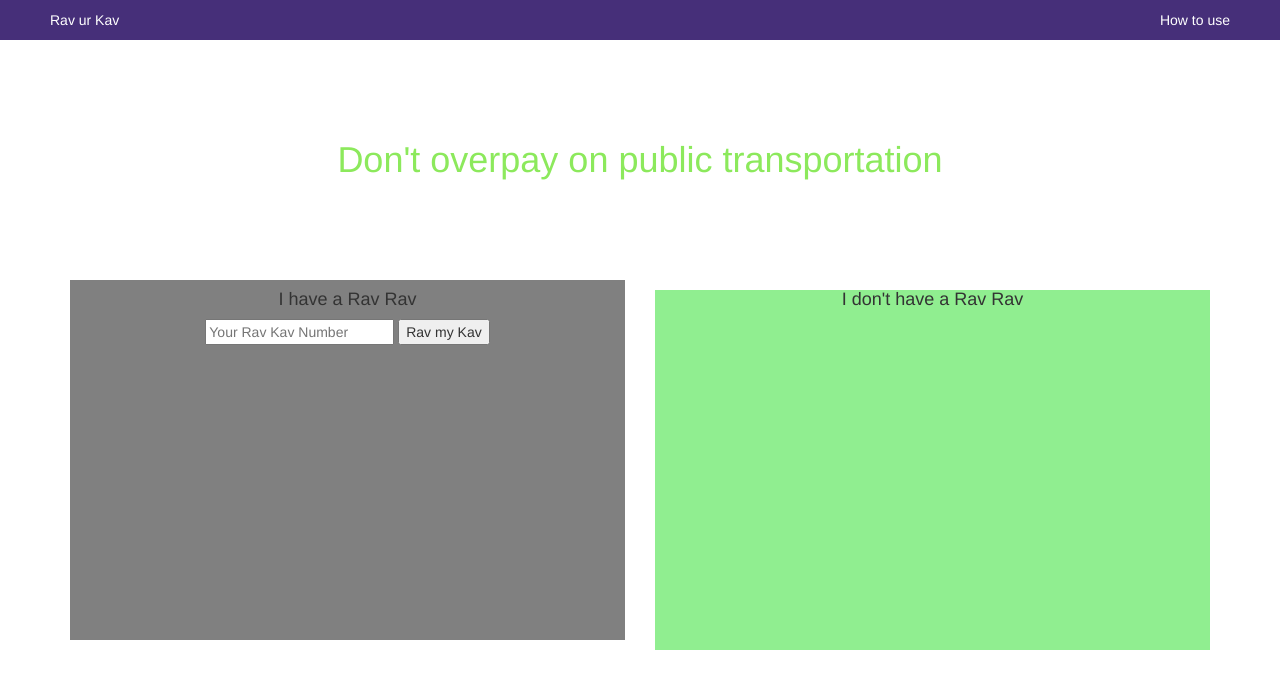
Repository: Louhla/Rav-ur-Kav
Page: index.html
The author's editor kept a copy of each file at every save. The page is drawn from the files as they stood at one save, then again after the next save.
The browser window is 1280 px wide. The pictures show the whole page.

Above is the page before, as saved 2019-07-17 14:29:06.

### index.html
<!DOCTYPE html>
<html lang="en">

<head>
    <meta charset="utf-8">
    <meta name="viewport" content="width=device-width, initial-scale=1">
    <!-- Bootstrap CSS -->
    <link rel="stylesheet" href="https://maxcdn.bootstrapcdn.com/bootstrap/3.3.7/css/bootstrap.min.css">
    <script src="https://ajax.googleapis.com/ajax/libs/jquery/3.3.1/jquery.min.js"></script>
    <link rel="stylesheet" type="text/css" href="./css/rav-ur-kav.css">
    <title>Rav ur kav - Public Transport Calculator</title>
    <meta name="description" content="Get the best rate for your Rav Kav according to your commute">
</head>

<body>
    <heading>
        <div class="logo">Rav ur Kav
        </div>
        <div class="how-to">How to use
        </div>
    </heading>

    <div class="container">
        <div class="row">
            <div class="col-md-12">
                <h1>Don't overpay on public transportation</h1>
            </div>
        </div>
        <div class="row">
            <div class="col-md-6">
                <div class="existing-user">
                    <h4>I have a Rav Rav</h4>
                    <form>
                        <input id="rav-kav-number" type=text placeholder="Your Rav Kav Number"></input>
                        <button>Rav my Kav</button>
                    </form>
                </div>
            </div>
            <div class="col-md-6">
                <div class="new-user">
                    <h4>I don't have a Rav Rav</h4>
                </div>
            </div>
        </div>
    </div>
    <script type="text/javascript" src="./js/rav-ur-kav.js"></script>
</body>

</html>

### css/rav-ur-kav.css
body{
    margin: 0px;
}
heading{
    display: flex;
    justify-content: space-between;
    width: 100%;
    align-items: center;
    box-shadow: 5px;
    background-color: #462F79;
    color: white;
}
.logo{
    margin: 10px 0px 10px 50px;
}
.how-to{
    margin: 10px 50px 10px 0px;
}
.existing-user{
    background-color: grey;
    display: flex;
    flex-direction: column;
    text-align: center;
    height: 50vh;
}
.new-user{
    background-color: lightgreen;
    text-align: center;
    height: 50vh;
}
h1{
    text-align: center;
    margin: 100px;
    color: #8CE95C;
}

Loaded but not shown: js/rav-ur-kav.js (no copy from this time; the picture is the same without it)

After the next save:
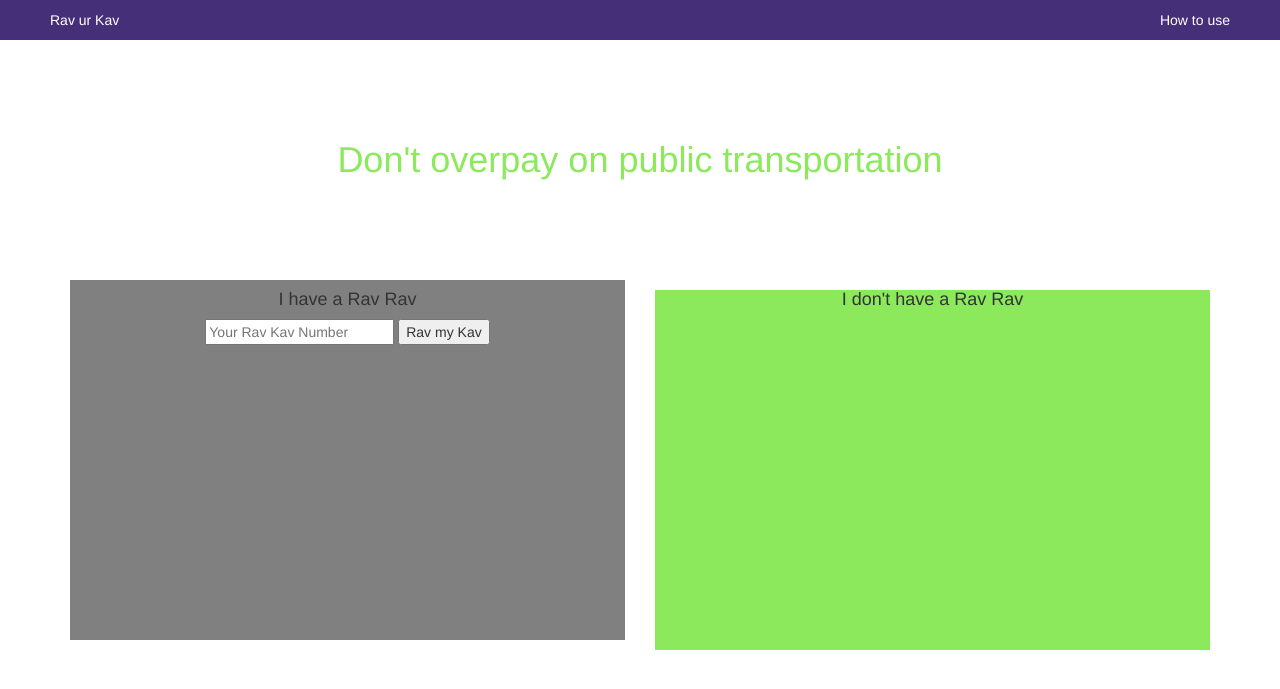
Saved 24 s later.
--- a/css/rav-ur-kav.css
+++ b/css/rav-ur-kav.css
@@ -24,7 +24,7 @@ heading{
     height: 50vh;
 }
 .new-user{
-    background-color: lightgreen;
+    background-color: #8CE95C;
     text-align: center;
     height: 50vh;
 }
